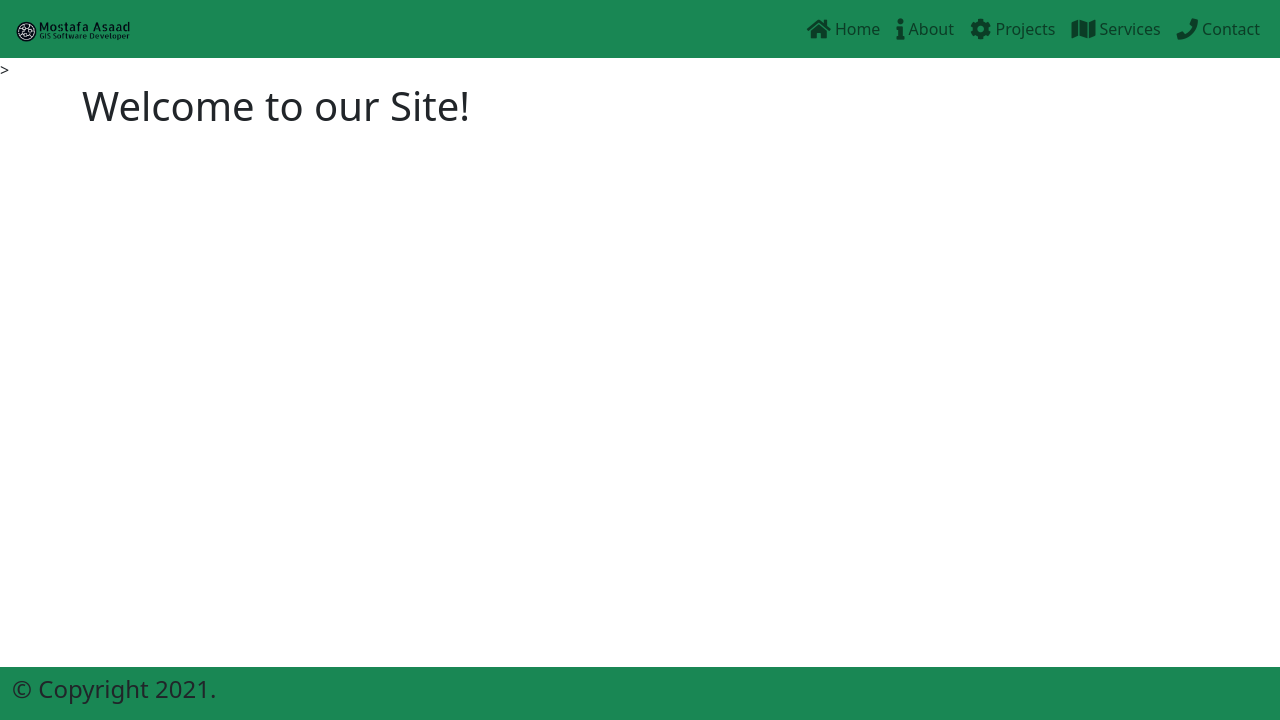
Repository: Mostafa-Asaad/Portfolio
Page: http://localhost/
The author's editor kept a copy of each file at every save. The page is drawn from the files as they stood at one save, then again after the next save.
The browser window is 1280 px wide. The pictures show the whole page.
The page is served by the project's Node server (index.js).

Above is the page before, as saved 2021-06-04 18:47:20.

After the next save:
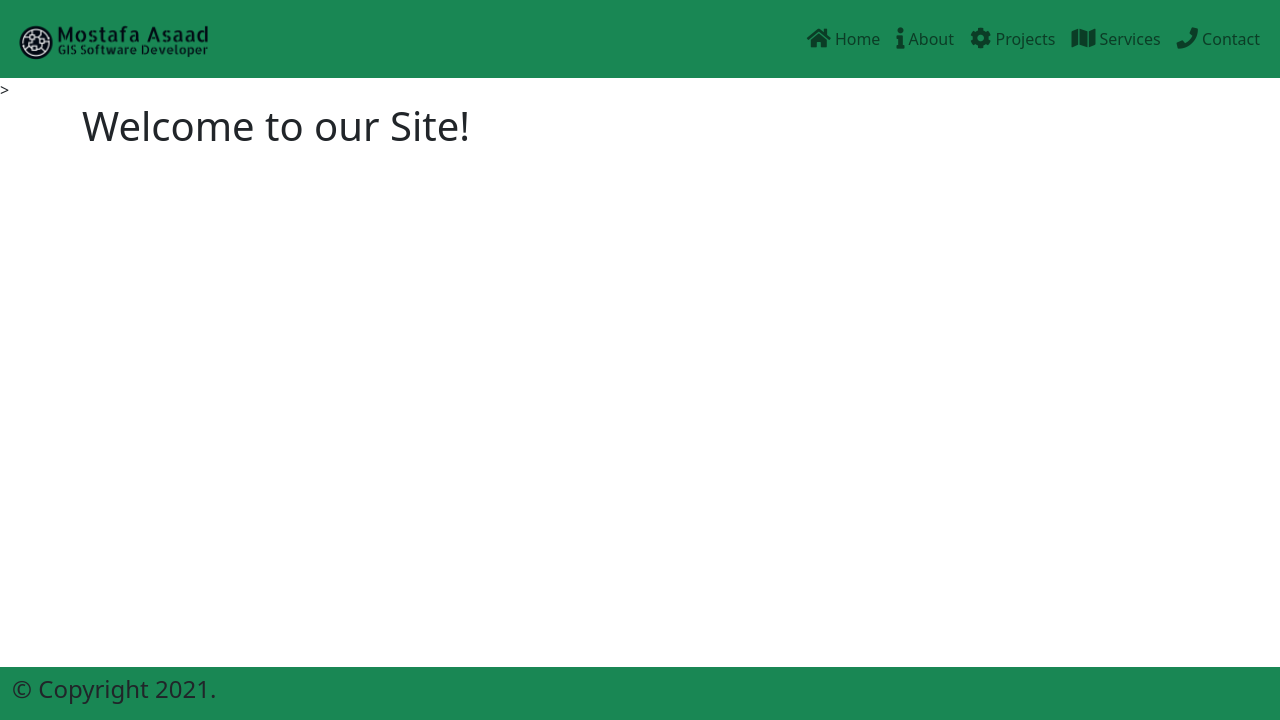
Saved 15 s later.
--- a/Server/Views/components/header.ejs
+++ b/Server/Views/components/header.ejs
@@ -1,6 +1,6 @@
 <nav class="navbar navbar-expand-lg navbar-light bg-success">
     <div class="container-fluid">
-      <a class="navbar-brand" href="/home"><img src="/Assets/images/Logo.png" width="120"></a>
+      <a class="navbar-brand" href="/home"><img src="/Assets/images/Logo.png" width="200"></a>
       <button class="navbar-toggler" type="button" data-bs-toggle="collapse" data-bs-target="#navbarSupportedContent" aria-controls="navbarSupportedContent" aria-expanded="false" aria-label="Toggle navigation">
         <span class="navbar-toggler-icon"></span>
       </button>
